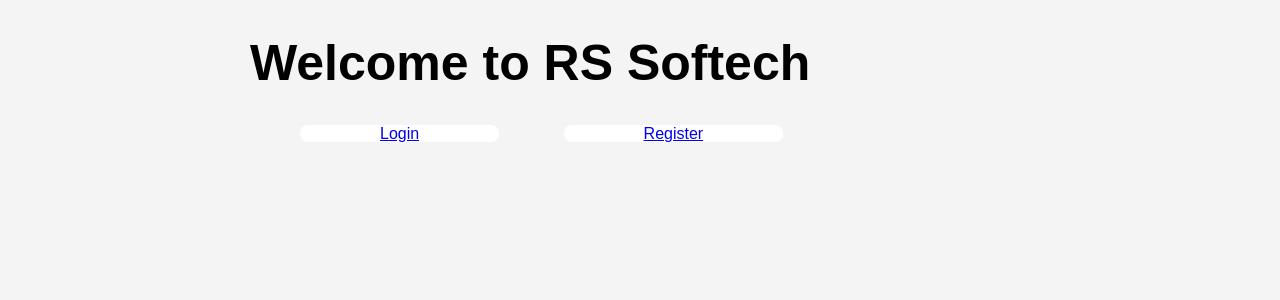
Repository: snehal-shinde151/my_repo
Page: classpro/src/main/webapp/WEB-INF/submit.html
An editor plug-in stored every save of this project. The page is shown before and after the next save, followed by the edit.
The browser window is 1280 px wide. The pictures show the whole page.

Above is the page before, as saved 2025-03-04 10:38:13.

After the next save:
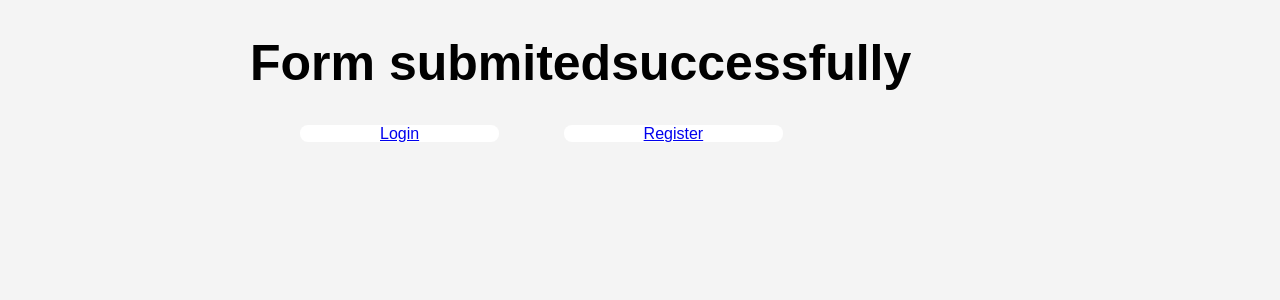
Saved 29 s later.
--- a/classpro/src/main/webapp/WEB-INF/submit.html
+++ b/classpro/src/main/webapp/WEB-INF/submit.html
@@ -2,7 +2,7 @@
 <html>
 <head>
 <meta charset="UTF-8">
-<title>Welcome Page</title>
+<title>Submit Page</title>
 </head>
 <body>
 
@@ -28,7 +28,7 @@
  }
 
 </style>
-  <h1> Welcome to RS Softech</h1>
+  <h1> Form submitedsuccessfully</h1>
   <label for="student"></label>
   <a class="btn"  value="Login" href="login.html">Login</a>
     <a class="btn" value="Register" href="Registration.html">Register</a>
